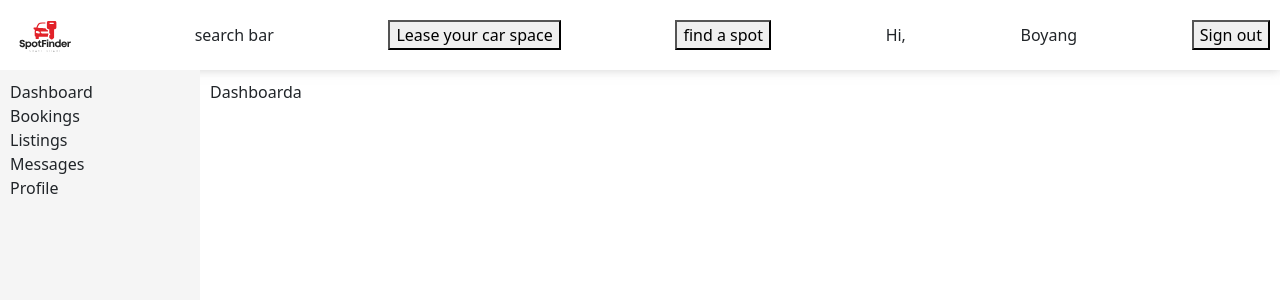
Repository: UNSWSpotFinder/SpotFinder
Page: /dashboard (app in frontend/)
These files come from the project's save history. The page is drawn as it stood at one moment and after the next save; the edit follows.
The browser window is 1280 px wide. The pictures show the whole page.
The project was rebuilt for these pictures with package versions that can differ from the ones it lists, and the page was loaded fresh each time. Also part of the build but not shown: frontend/src/Login.css, frontend/src/Login.jsx, frontend/src/Regist.css, frontend/src/Regist.jsx, frontend/src/HomePage.jsx, frontend/src/App.css, frontend/src/components/Bookings.jsx, frontend/src/components/Listings.jsx and 2 more.

Above is the page before, as saved 2024-03-09 18:52:36.

### frontend/src/App.jsx
import logo from './logo.svg';
import React, {
  useState,
  useEffect,
  useRef,
  ChangeEvent,
  LabelHTMLAttributes,
  createContext,
  useContext,
  ReactNode,
} from 'react';
import {HomePageLarge,HomePageAdminSmall,HomePageAdminLarge,HomePageSmall} from './HomePage';
import { ErrorProvider, GlobalSnackbar, ErrorContext } from './API';
import { BrowserRouter, Routes, Route, Link } from 'react-router-dom';
import './App.css';

// 导入Dashboard相关页面组件
import DashboardTop from './components/DashboardTop';
import Dashboard from './components/Dashboard';
import Bookings from './components/Bookings';
import Listings from './components/Listings';
import Profile from './components/Profile';
import Messages from './components/Messages';

function App() {
  const [windowWidth, setWindowWidth] = useState(window.innerWidth);
  useEffect(() => {
    // 添加一个事件监听器，以便在窗口大小改变时更新windowWidth状态
    const handleResize = () => {
      setWindowWidth(window.innerWidth);
    };
    window.addEventListener('resize', handleResize);
    // 清除事件监听器以避免内存泄漏
    return () => {
      window.removeEventListener('resize', handleResize);
    };
  }, []);
  let layoutComponentHost;
  let LayoutComponentHome;
  let LayoutDetail;
  if (windowWidth > 760) {
    layoutComponentHost = null;
    LayoutComponentHome = <HomePageLarge/>;
    LayoutDetail = null;
  } else {
    layoutComponentHost = null;
    LayoutComponentHome = <HomePageSmall/>;;
    LayoutDetail = null;
  }
  return(
    <ErrorProvider>
      <GlobalSnackbar/>
        <BrowserRouter>
          <Routes>
            <Route path="/user/*" element={LayoutComponentHome} />
            {/* DashboardTop作为父路由 */}
            <Route path="/dashboard" element={<DashboardTop />}>
            <Route index element={<Dashboard />} />
            <Route path="bookings" element={<Bookings />} />
            <Route path="listings" element={<Listings />} />
            <Route path="messages" element={<Messages />} />
            <Route path="profile" element={<Profile />} />
          </Route>
            {/* Keep the wildcard route to catch all and render Home */}
            <Route path="/*" element={LayoutComponentHome} />
          </Routes>
        </BrowserRouter>
    </ErrorProvider>
  )
}

export default App;

### frontend/src/API.jsx
import Alert from '@mui/material/Alert';
import Snackbar from '@mui/material/Snackbar';
import Button from '@mui/material/Button';
import Stack from '@mui/material/Stack';
import React, { useState, useEffect, createContext,useContext } from 'react';

import { styled } from '@mui/material';
const port = '8080';
export const meetErrorLog = (error) => {
    console.log(error);
    let errorText = '';
    // switch case to show the error
    switch (error) {
      case 'info':
        errorText = 'Invalid username or password !';
        break;
      case 'access':
        errorText = 'No permission, please log in first!';
        break;
      default:
        errorText = 'Network error! Please try again.';
        break;
    }
    return errorText;
  };
export const ErrorContext = createContext({
    snackbarData: { severity: 'info', message: '1',timestamp: new Date().getTime()},
    setOpenSnackbar: () => {}, // 提供一个空函数避免调用时出错
  });
export const useError = () => useContext(ErrorContext);
export const ErrorProvider = ({ children }) => {
  const [snackbarData, setSnackbarData] = useState({
    severity: 'success',
    message: '',
    timestamp: new Date().getTime()
  });
  const setOpenSnackbar = (data) => {
    setSnackbarData(data);
  };
  return (
    <ErrorContext.Provider value={{snackbarData,setOpenSnackbar}}>
      {children}
    </ErrorContext.Provider>
  );
};
// The message to be displayed in the Snackbar
export const GlobalSnackbar = () => {
const { snackbarData, setOpenSnackbar } = useError();
// State to manage the visibility of the Snackbar
const [open, setOpen] = useState(false);
  useEffect(() => {
    console.log('Alert severity:', snackbarData.severity);
    console.log('Alert :', snackbarData.message);
    if (snackbarData.message) {
      setOpen(true);
    }
  }, [snackbarData.message, snackbarData.timestamp]);

  const handleClose = (event, reason) => {
    if (reason === 'clickaway') {
      return;
    }
    setOpen(false);
  };

return (
    // Snackbar component with automatic hiding and custom styling
    <Snackbar open={open} autoHideDuration={6000} onClose={handleClose}>
        <Alert onClose={handleClose} severity={snackbarData.severity}>
        {snackbarData.message}
        </Alert>
  </Snackbar>
);
};
export const callAPIsendEmailCode = (path,input)=>{
    return new Promise((resolve, reject) =>{
        fetch('http://localhost:'+String(port)+'/'+String(path),{
        method:'POST',
        headers: { 'Content-Type': 'application/json' },
        body:JSON.stringify(input),
        })
        .then((response)=>{
            if(response.ok){
                console.log('success');
                console.log(response);
                return resolve(response);
            }
            else if (response.status===400){
                const errorReason = 'Email not correct!';
                return reject(errorReason);
            }
            else{
                const errorReason = 'There is a problem with the network connection!';
                return reject(errorReason);
            }
        })
        .catch((error)=>{
            console.log(error);
        })
    })

}
export const callAPIverifyEmailCode = (path,input)=>{
    return new Promise((resolve, reject) =>{
        console.log(input);
        console.log('http://localhost:'+String(port)+'/'+String(path));
        fetch('http://localhost:'+String(port)+'/'+String(path),{
        method:'POST',
        headers: { 'Content-Type': 'application/json' },
        body:JSON.stringify(input),
        })
        .then((response)=>{
            if(response.ok){
                console.log('success');
                return resolve(response.json());
            }
            else if (response.status===400){
                const errorReason = 'Incorrect verification code.';
                return reject(errorReason);
            }
            else{
                const errorReason = 'There is a problem with the network connection!';
                return reject(errorReason);
            }
        })
        .catch((error)=>{
            console.log(error);
        })
    })

}
export const callAPIloginUser=(path,input)=>{

}
// 用户注册
export const callAPIRegistUser=(path,input)=>{
     return new Promise((resolve, reject) =>{
        console.log(input);
        console.log('http://localhost:'+String(port)+'/'+String(path));
        fetch('http://localhost:'+String(port)+'/'+String(path),{
        method:'POST',
        headers: { 'Content-Type': 'application/json' },
        body:JSON.stringify(input),
        })
        .then((response)=>{
            if(response.ok){
                console.log('success');
                return resolve(response.json());
            }
            else if (response.status===417){
                const errorReason = 'This email has been registed!';
                return reject(errorReason);
            }
            else{
                const errorReason = 'There is a problem with the network connection!';
                return reject(errorReason);
            }
        })
        .catch((error)=>{
            console.log(error);
        })
    })
}
// 用户登录
export const callAPILoginUser=(path,input)=>{
    return new Promise((resolve, reject) =>{
       console.log(input);
       console.log('http://localhost:'+String(port)+'/'+String(path));
       fetch('http://localhost:'+String(port)+'/'+String(path),{
       method:'POST',
       headers: { 'Content-Type': 'application/json' },
       body:JSON.stringify(input),
       })
       .then((response)=>{
           if(response.ok){
               console.log('success');
               return resolve(response.json());
           }
           else if (response.status===401){
               const errorReason = 'Username does not exist or password is incorrect!';
               return reject(errorReason);
           }
           else{
               const errorReason = 'There is a problem with the network connection!';
               return reject(errorReason);
           }
       })
       .catch((error)=>{
           console.log(error);
       })
   })
}
// 密码修改
export const callAPIResetPwdUser=(path,input)=>{
    return new Promise((resolve, reject) =>{
       console.log(input);
       console.log('http://localhost:'+String(port)+'/'+String(path));
       fetch('http://localhost:'+String(port)+'/'+String(path),{
       method:'POST',
       headers: { 'Content-Type': 'application/json' },
       body:JSON.stringify(input),
       })
       .then((response)=>{
           if(response.ok){
               console.log('success');
               return resolve(response.json());
           }
           else if (response.status===401){
               const errorReason = 'Username does not exist or password is incorrect!';
               return reject(errorReason);
           }
           else{
               const errorReason = 'There is a problem with the network connection!';
               return reject(errorReason);
           }
       })
       .catch((error)=>{
           console.log(error);
       })
   })
}

### frontend/src/components/DashboardTop.jsx
import React from 'react';
import { Outlet } from 'react-router-dom';
import './DashboardTop.css';

const DashboardTop = () => {
  return (
    <div className="dashboard-top">
      <div className="Navbar">
        <img src='/img/LOGO.svg' className='Applogo'></img>
        <span>search bar</span>
        <button>Lease your car space</button>
        <button>find a spot</button>
        <span>Hi, </span>
        <span>Boyang </span>
        <button>Sign out</button>
      </div>
      <div className="content-area">
        <div className="side-nav">
          <div>Dashboard</div>
          <div>Bookings</div>
          <div>Listings</div>
          <div>Messages</div>
          <div>Profile</div>
        </div>
        <div className="main-content">
          <Outlet />
        </div>
      </div>
    </div>
  );
};

export default DashboardTop;

### frontend/src/components/Dashboard.jsx
import React from 'react';
import DashboardTop from './DashboardTop';

const Dashboard = () => {
  // 组件的状态和逻辑

  return (
    <div className='Dashboard'>
      {/* 组件的JSX结构 */}
      Dashboarda
    </div>
  );
}

export default Dashboard;

### frontend/src/HomePage.css
.HomeOverall {
    width: 100%;
    height: 100%;
    margin: 0px;
    padding: 0px;
    display: flex;
    flex-direction: column;
    align-items: center;
}
div.Navbar{
    width: 100%;
    height: 70px;
    margin: 0px 0px 0px 0px;
    padding: 0px 10px 0px 0px;
    display: flex;
    align-items: center;
    justify-content: space-between;
    box-shadow: 0px 0px 10px 0px rgba(164, 164, 164, 0.5);
}
div.SearchPart{
    width: calc(100% - 520px);
    min-width: 200px;
    height: 100%;
    margin: 0px;
    padding: 0px;
    display: flex;
    justify-content: center;
    align-items: center;
    align-content: center;
    flex-direction: row;
}
div.SearchPartsmall{
    width: calc(100% - 320px);
    height: 100%;
    margin: 0px;
    padding: 0px;
    display: flex;
    justify-content: center;
    align-items: center;
    align-content: center;
    flex-direction: row;
}
input.Searchbar{
    width: 100%;
    border-radius: 25px;
    padding-left: 13px;
    height: 45%;
    border: 0px;
    transition: box-shadow 0.3s;
    box-shadow: 0px 1px 5px 1px rgba(170, 170, 170, 0.5);
    position: relative;
    font-size: 12px;
    font-family:Arial, Helvetica, sans-serif;
}
input.Searchbar::placeholder{
    color: rgb(200, 200, 200);
}
img.searchbtn{
    border-radius: 20px;
    width: 20px;
    height: 20px;
    margin: 0px 0px 0px 10px;
    padding: 5px;
    right: 475px;
    position: absolute;
    z-index: 1;
    background-color: rgb(210, 0, 0);
    cursor: pointer;
}
img.searchbtnsmall{
    border-radius: 20px;
    width: 20px;
    height: 20px;
    margin: 0px;
    padding: 5px;
    right: 260px;
    position: absolute;
    z-index: 1;
    background-color: rgb(210, 0, 0);
    cursor: pointer;
}
input.Searchbar:hover{
    box-shadow: 0px 1px 10px 1px rgba(164, 164, 164, 0.5);
}
img.searchbtn:hover + .Searchbar {
    box-shadow: 0px 1px 10px 1px rgba(164, 164, 164, 0.5);
}
img.searchbtnsmall:hover + .Searchbar {
    box-shadow: 0px 1px 10px 1px rgba(164, 164, 164, 0.5);
}
button.newspace{
    border-radius: 30px;
    min-width: 200px;
    max-width: 200px;
    font-weight: bold;
    border: 0px;
    margin-left: 20px;
    height: 50%;
    background-color: rgb(250, 250, 250);
    border: 1px solid rgb(230, 230, 230);
    color: rgb(114, 114, 114);
    transition: 0.3s;
    font-size: 12px;
    cursor: pointer;
}
button.newspace:hover{
    color: rgb(0, 0, 0);
    background-color: rgb(230, 230, 230);
}
div.signwarper{
    margin: 0px 10px 0px 0px;
    height: 100%;
    display: flex;
    align-items: center;
}
button.sign{
    border-radius: 5px;
    width: 100px;
    font-weight: bold;
    border: 0px;
    margin-left:15px;
    height: 50%;
    background-color: rgb(255, 255, 255);
    border: 1px solid rgb(0, 0, 0);
    transition: 0.3s;
    font-size: 12px;
    cursor: pointer;
}
button.sign:hover{
    background-color: rgb(230, 230, 230);
}
input:focus {
    outline: none;
}
img.Applogo{
    height: 100%;
    margin: 0px 0px 0px 10px;
}
p.image-container-title{
    font-weight: 800;
    font-family: Arial;
    position: absolute;
    top: calc(10vw); /* 根据需要调整 */
    left: 5%; /* 根据需要调整 */
    width: 60%;
    color: rgb(0, 0, 0); /* 文字颜色 */
}
p.image-container-title-small{
    font-weight: 800;
    font-size: 20px;
    font-family: Arial;
    position: absolute;
    top: calc(15vw); /* 根据需要调整 */
    left: 5%; /* 根据需要调整 */
    width: 60%;
    color: rgb(0, 0, 0); /* 文字颜色 */
}
p.image-container-sub{
    font-weight: 400;
    font-family: Arial;
    position: absolute;
    left: 5%; /* 根据需要调整 */
    color: rgb(0, 0, 0); /* 文字颜色 */
}
p.image-container-sub-small{
    font-size: 12px;
    font-weight: 400;
    width: 44%;
    top: calc(28vw);
    font-family: Arial;
    position: absolute;
    left: 5%; /* 根据需要调整 */
    color: rgb(0, 0, 0); /* 文字颜色 */
}
p.image-container-txt{
    font-weight: 200;
    font-family: Arial;
    position: absolute;
    left: 5%; /* 根据需要调整 */
    width: 40%;
    color: rgb(0, 0, 0); /* 文字颜色 */
}
p.image-container-txt-small{
    font-size: 12px;
    font-weight: 400;
    width: 40%;
    top: calc(42vw);
    font-weight: 200;
    font-family: Arial;
    position: absolute;
    left: 5%; /* 根据需要调整 */
    color: rgb(0, 0, 0); /* 文字颜色 */
}
@media (max-width: 1200px) {
    p.image-container-sub{
        font-size: 19.0px;
        top: calc(25vw); /* 根据需要调整 */
        width: 45%;
    }
    p.image-container-txt{
        font-size: 20px;
        top: calc(40vw); /* 根据需要调整 */
    }
    p.image-container-title{
        font-size: 30px;
    }
}
@media (min-width: 1200px) {
    p.image-container-sub{
        font-size: 25px;
        width: 40%;
        top: calc(24vw); /* 根据需要调整 */
    }
    p.image-container-txt{
        font-size: 25px;
        top: calc(38vw); /* 根据需要调整 */
    }
    p.image-container-title{
        font-size: 45px;
    }
}

div.FilterPart{
    height: 80px;
    width: 100%;
    padding: 5px;
    background-color: #f9f9f9;
    display: flex;
    justify-content: space-between;
    align-items:center;
}
div.FilterPart-small{
    height: 155px;
    width: 100%;
    background-color: #f9f9f9;
    display: flex;
    flex-direction: column;
    justify-content: space-between;
    padding: 10px 10px 10px 10px;
    border-bottom: 1px solid rgb(238, 238, 238);
}

div.filter-top{
    display: flex;
    align-items: center;
    justify-content: space-between;
}
div.inner-left{
    display: flex;
    flex-direction: column;
    height: 100%;
    margin-right: 20px;
}
select.mglr{
    margin: 0px 5px 0px 0px;
    width: 10%;
    min-width: 130px;
    height: 70%;
    font-size: 12px;
    border-radius: 20px;
}
select.mglr-s{
    margin: 0px 5px 5px 0px;
    width: 10%;
    min-width: 130px;
    font-size: 12px;
    border-radius: 20px;
}
select.mglr-r{
    margin: 0px 5px 0px 0px;
    width: 10%;
    min-width: 90px;
    height: 70%;
    font-size: 12px;
    border-radius: 20px;
}
select.mglr-s-r{
    margin: 0px 5px 0px 0px;
    width: 100px;
    min-width: 90px;
    height: 70%;
    font-size: 12px;
    border-radius: 20px;
}
.popular{
    background-color: white !important;
    color: black !important;
}
div.pricerange{
    display: flex;
    flex-direction: column;
    height: 100%;
    justify-content: center;
    align-items: center;
    padding: 0px;
    margin: 0px;
    margin-left: 5px;
    align-items: center;
}
label.pricerange{
    font-size: 13px;
    font-weight: 500;
    color: black;
    padding: 0px;
}
input.pricerange{
    width: 50px;
    height: 50%;
    font-size: 14px;
    border-radius: 10px;
    border-width: 1px;
    border-style: solid;
    border-color: rgb(0, 0, 0);
    margin: 0px;
    padding: 0px 5px;
}
label.pricerange-s{
    font-size: 15px;
    font-weight: 500;
    color: black;
    padding: 0px 5px 0px 0px;
}
input.pricerange-s{
    height: 60%;
    width: 60%;
    font-size: 16px;
    border-radius: 10px;
    border-width: 1px;
    border-style: solid;
    border-color: rgb(0, 0, 0);
    margin: 0px 5px 0px 0px;
    padding: 0px 5px;
}
.timechoice{
    width: 20%;
    margin: 0px 5px 0px 0px;
}
.timechoice-s{
    margin: 0px 10px;
    width: 40%;
}
div.hflex{
    display: flex;
    height: 100%;
    align-items: center;
}
button.selectcar{
    width: 140px;
    font-size: 10px;
    height: 50px;
    background-color: black;
    color: white;
    font-weight: 500;
    border: 0px;
    border-radius: 10px;
    transition: 0.3s;
    margin-left: 5px;
}
button.selectcar:hover{
    background-color: rgb(55, 55, 55);
    color: rgb(255, 255, 255);
}
div.marginLR{
    display: flex;
    margin: 0px 5px;
    width: 100%;
}
div.ListingPart{
    width: 100%;
    margin-top: 15px;
    margin-bottom: 15px;
    padding: 0px 0px 0px 10px;
    display: flex;
    flex-wrap: wrap;
}
div.SpaceOverall{
    height: 135px;
    box-shadow: 0px 0px 10px 0px rgba(164, 164, 164, 0.5);
    border-radius: 10px;
    display: flex;
    align-items: center;
    padding: 0px 7px;
    margin: 0px 10px 10px 0px;
}

@media (max-width: 800px) {
    div.SpaceOverall{
        width: calc(100vw - 15px);
        min-width: 385px;
    }
}

@media (max-width: 1200px) and (min-width:800px) {
    div.SpaceOverall{
        width: calc(50vw - 15px);
        min-width: 385px;
    }
}

@media (min-width: 1200px) {
    div.SpaceOverall{
        width: calc(33.33vw - 14px);
    }
}

img.spaceimg{
    border-radius: 12px;
    object-fit: cover;
}
div.info{
    height:90%;
    margin-left:10px ;
    width: 100%;
}
p.space-title{
    padding: 0px;
    margin: 0px;
    font-size: 16px;
    color: #555555;
}
p.space-price{
    padding: 0px;
    margin: 0px;
    font-size: 12px;
    margin-top: 4px;
    color: #7F7F7F;
}
p.space-location{
    padding: 0px;
    margin: 0px;
    font-size: 12px;
    margin-top: 2px;
    color: #7F7F7F;
}
p.space-type{
    padding: 0px;
    margin: 0px;
    font-size: 12px;
    margin-top: 2px;
    color: #7F7F7F;
    margin-bottom: 2px;
}
div.order-part{
    display: flex;
    margin-top: 7px;
}
img.order-times{
    width: 20px;
    height: 20px;
}
p.times{
    padding: 0px;
    margin: 0px 0px 0px 3px;
    font-size: 13px;
    color: #7F7F7F;
}
div.right-top{
    display: flex;
    flex-direction: row;
    justify-content: space-between;
    width: 100%;
}
div.right-bottom{
    display: flex;
    flex-direction: row;
    justify-content: space-between;
    width: 100%;
    height: 30px;
    margin-bottom: 5px;
}
div.rate-part{
    display: flex;
    justify-content: center;
}
img.rate-img{
    width: 20px;
    height: 20px;
    margin-right: 2px;
}
p.rate-txt{
    color: #333333;
    font-size: 14px;
    margin: 0px;
    padding: 0px;
}
button.specific-info{
    border: 0px;
    background-color:#E22229;
    border-radius: 5px;
    color: white;
    height: 30px;
    width: 180px;
    font-size: 12px;
    font-weight: 500;
    transition: 0.3s;
    margin: 1px 0px;
}
button.specific-info:hover{
    background-color:#ba191e;
}
div.filter-bottom{
    display: flex;
    align-items: center;
    justify-content: space-between;
}

### frontend/src/components/DashboardTop.css
/* DashboardTop.css */

/* 整体布局 */
.dashboard-top {
    display: flex;
    flex-direction: column;
    height: 100vh; /* 使布局填满整个视口高度 */
  }

  /* 顶部导航样式 */
  .top-nav {
    background-color: #ddd;
    color: #333;
    padding: 10px;
  }

  /* 内容区域样式，包含侧边导航和主内容区 */
  .content-area {
    display: flex;
    flex-grow: 1; /* 占据剩余空间 */
  }

  /* 侧边导航样式 */
  .side-nav {
    background-color: #f5f5f5; /* 浅色背景 */
    width: 200px; /* 定宽 */
    padding: 10px; /* 内边距 */
  }

  /* 主内容区域样式 */
  .main-content {
    flex-grow: 1; /* 占据剩余空间 */
    padding: 10px; /* 内边距 */
  }

  img.Applogo{
    height: 100%;
    margin: 0px 0px 0px 10px;
  }

Loaded but not shown: frontend/public/index.html (common file); frontend/src/index.js (common file); frontend/src/index.css (common file); frontend/src/reportWebVitals.js (common file)

After the next save:
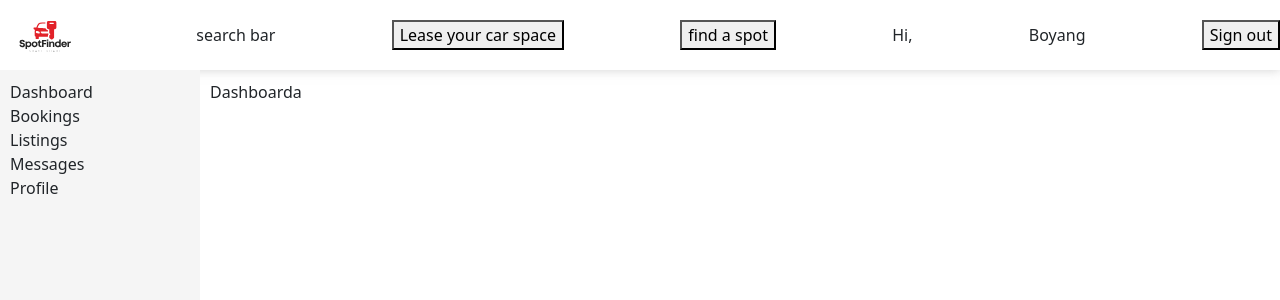
Saved 10 s later.
--- a/frontend/src/components/DashboardTop.css
+++ b/frontend/src/components/DashboardTop.css
@@ -33,6 +33,17 @@
     padding: 10px; /* 内边距 */
   }
 
+
+  div.Navbar{
+    width: 100%;
+    height: 70px;
+    margin: 0px 10px 0px 0px;
+    padding: 0px;
+    display: flex;
+    align-items: center;
+    justify-content: space-between;
+    box-shadow: 0px 0px 10px 0px rgba(164, 164, 164, 0.5);
+}
   img.Applogo{
     height: 100%;
     margin: 0px 0px 0px 10px;
